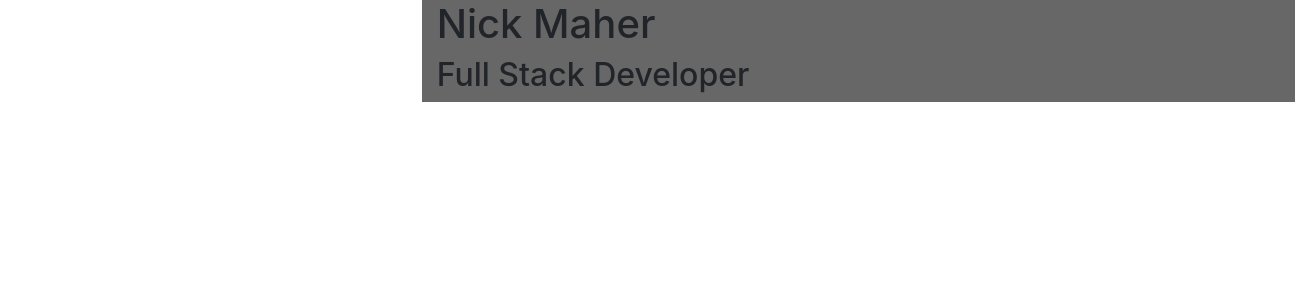
Repository: nick-maher/My-CV
Page: index.html
The author's editor kept a record of every edit. The page is drawn from the files as they stood at one moment, then again after the next edit.
The browser window is 1280 px wide. The page is 1295 px wide, so the pictures cover 1295 px, including what lies to the right of the window. The pictures show the whole page.

Above is the page before.

After the next edit:
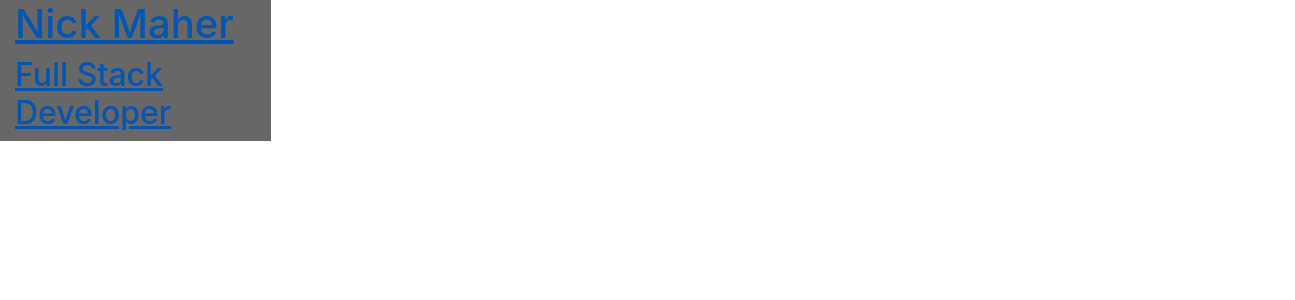
The edit:
--- a/index.html
+++ b/index.html
@@ -19,7 +19,7 @@
 
       <a href = "index.html" class= "col-md-4 logo">
 
-    </a>
+
 
       <div class= "col-md-8">
          <div class= "row">

After the edit that followed:
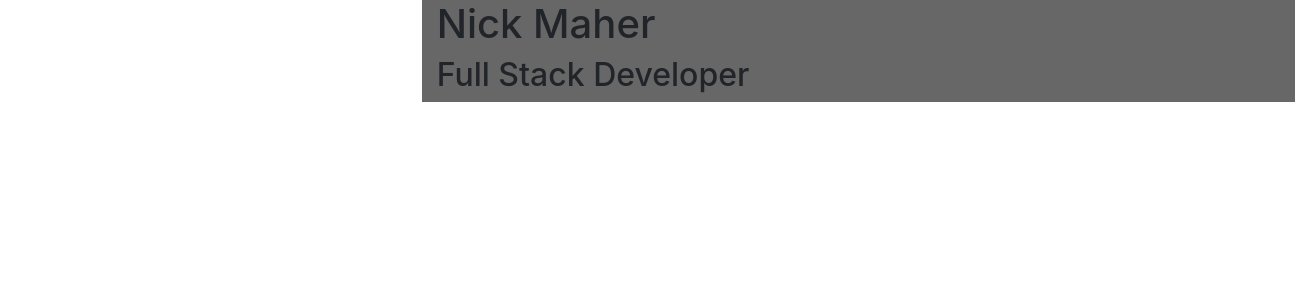
The edit:
--- a/index.html
+++ b/index.html
@@ -17,7 +17,7 @@
     <header>
   <div class= "row">
 
-      <a href = "index.html" class= "col-md-4 logo">
+      <a href = "index.html" class= "col-md-4 logo">  </a>
 
 
 
